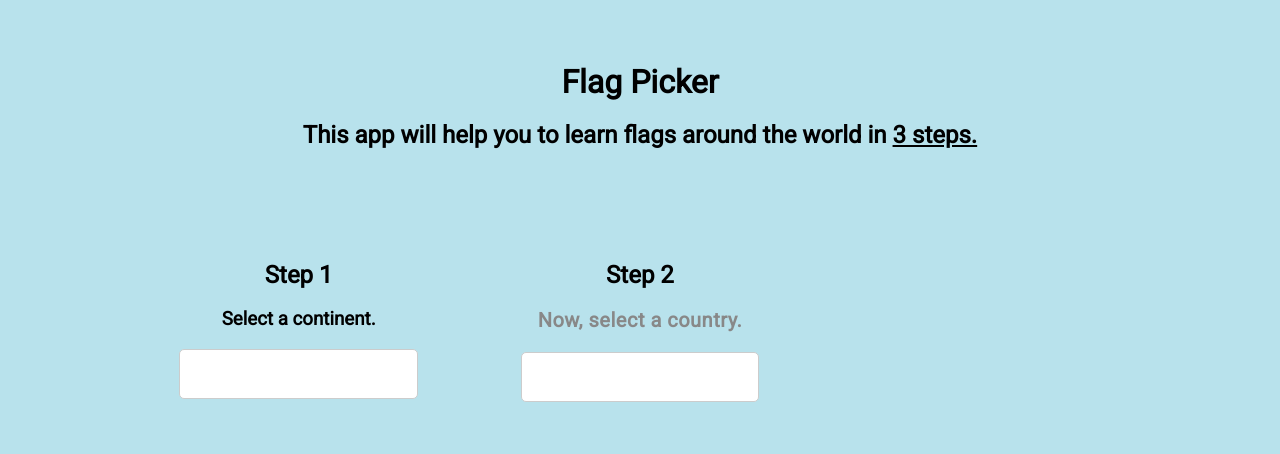
Repository: paras-shah/flag-app
Page: /
The author's editor kept a copy of each file at every save. The page is drawn from the files as they stood at one save, then again after the next save.
The browser window is 1280 px wide. The pictures show the whole page.
The project was rebuilt for these pictures with package versions that can differ from the ones it lists, and the page was loaded fresh each time.

Above is the page before, as saved 2020-02-11 22:10:26.

After the next save:
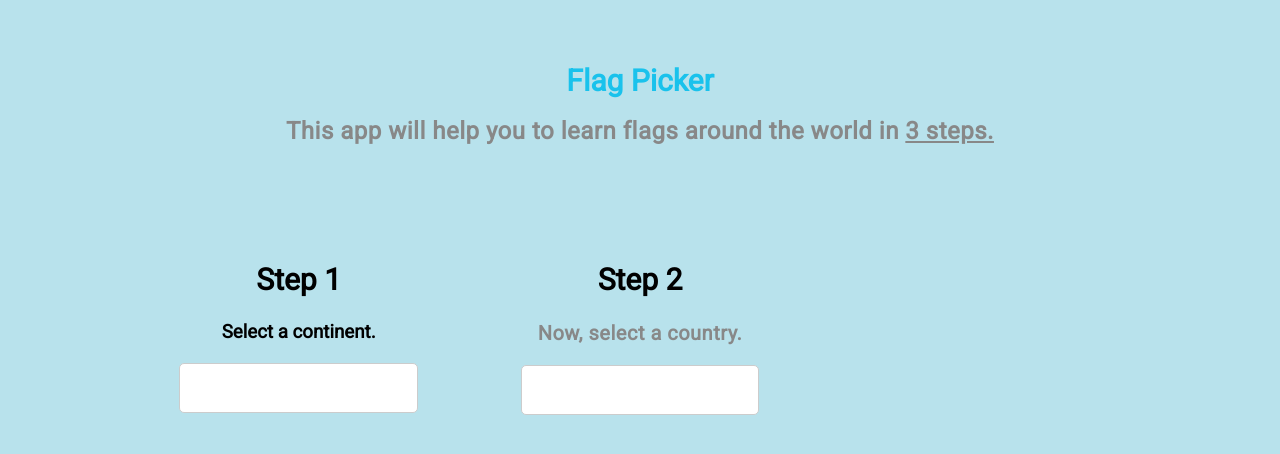
Saved 20 s later.
--- a/src/style/index.css
+++ b/src/style/index.css
@@ -20,16 +20,16 @@ header {
 	margin: 4% auto;
 }
 
-.mainText {
+.main-text {
 	font-size: 30px;
 }
 
-h1.mainText {
+h1.main-text {
 	color: rgb(25, 194, 236);
 	font-size: 30px;
 }
 
-.subText {
+.sub-text {
 	font-size: 24px;
 	color: #888;
 	letter-spacing: 0.5px;
